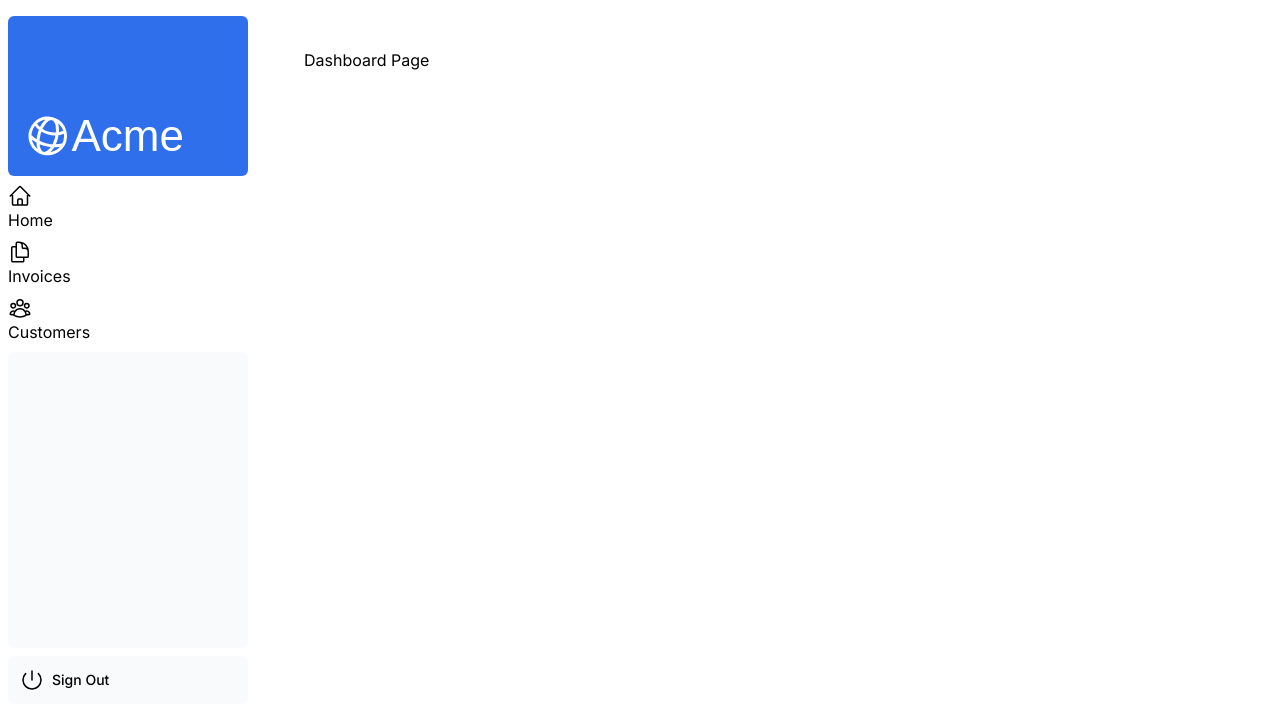
Repository: nooruddine/nfa-app
Page: /dashboard
These files come from the project's save history. The page is drawn as it stood at one moment and after a run of saves; the edit follows.
The browser window is 1280 px wide. The pictures show the whole page.
Some web fonts or font styles are not loaded; a fallback is used. The project was rebuilt for these pictures with package versions that can differ from the ones it lists, and the page was loaded fresh each time. The framework's server and built-in components were replaced by stand-ins that run in the browser. Also part of the build but not shown: next.config.mjs.

Above is the page before, as saved 2024-08-23 19:35:46.

After the next 3 saves:
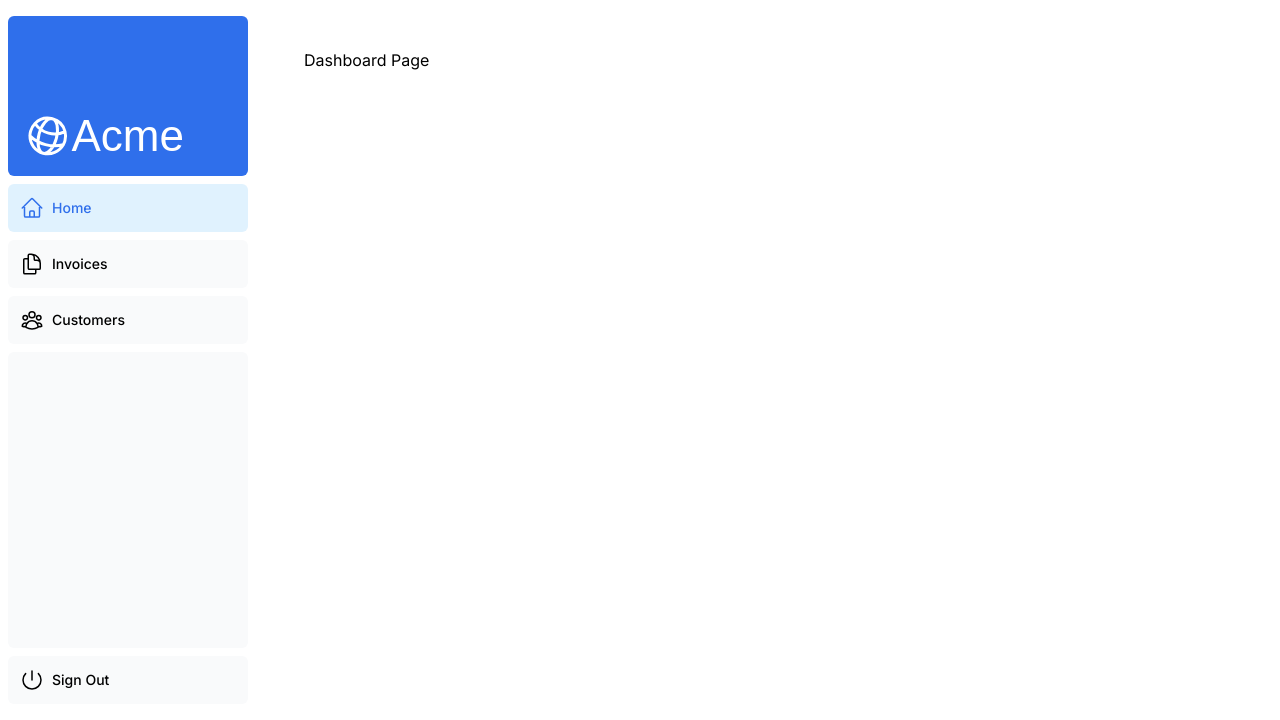
The 3 saves are shown as one change because they came seconds apart.
The last was saved 95 s later.
--- a/app/ui/dashboard/nav-links.tsx
+++ b/app/ui/dashboard/nav-links.tsx
@@ -7,8 +7,8 @@ import {
 } from '@heroicons/react/24/outline';
 
 import Link from 'next/link';
-// import { usePathname } from 'next/navigation';
-// import clsx from 'clsx';
+import { usePathname } from 'next/navigation';
+import clsx from 'clsx';
 
 // Map of links to display in the side navigation.
 // Depending on the size of the application, this would be stored in a database.
@@ -23,7 +23,7 @@ const links = [
 ];
 
 export default function NavLinks() {
-  // const pathname = usePathname();
+  const pathname = usePathname();
 
   return (
     <>
@@ -33,7 +33,12 @@ export default function NavLinks() {
           <Link
             key={link.name}
             href={link.href}
-            className=''
+            className={clsx(
+              'flex h-[48px] grow items-center justify-center gap-2 rounded-md bg-gray-50 p-3 text-sm font-medium hover:bg-sky-100 hover:text-blue-600 md:flex-none md:justify-start md:p-2 md:px-3',
+              {
+                'bg-sky-100 text-blue-600': pathname === link.href,
+              },
+            )}
           >
             <LinkIcon className="w-6" />
             <p className="hidden md:block">{link.name}</p>
